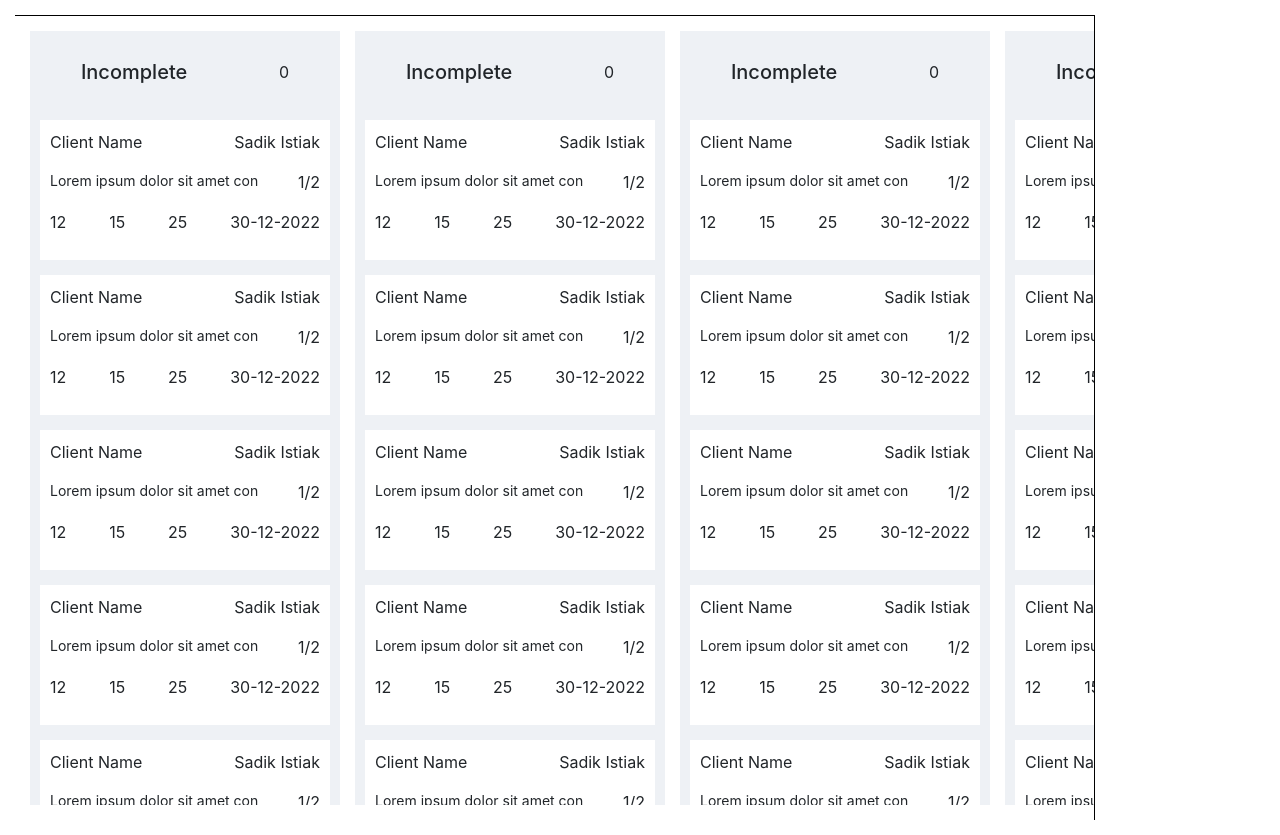
Repository: Sharif-00112/dashboard-task-frontend
Page: /
An editor plug-in stored every save of this project. The page is shown before and after the next save, followed by the edit.
The browser window is 1280 px wide. The pictures show the whole page.
The project was rebuilt for these pictures with package versions that can differ from the ones it lists, and the page was loaded fresh each time.

Above is the page before, as saved 2023-01-28 21:19:19.

After the next save:
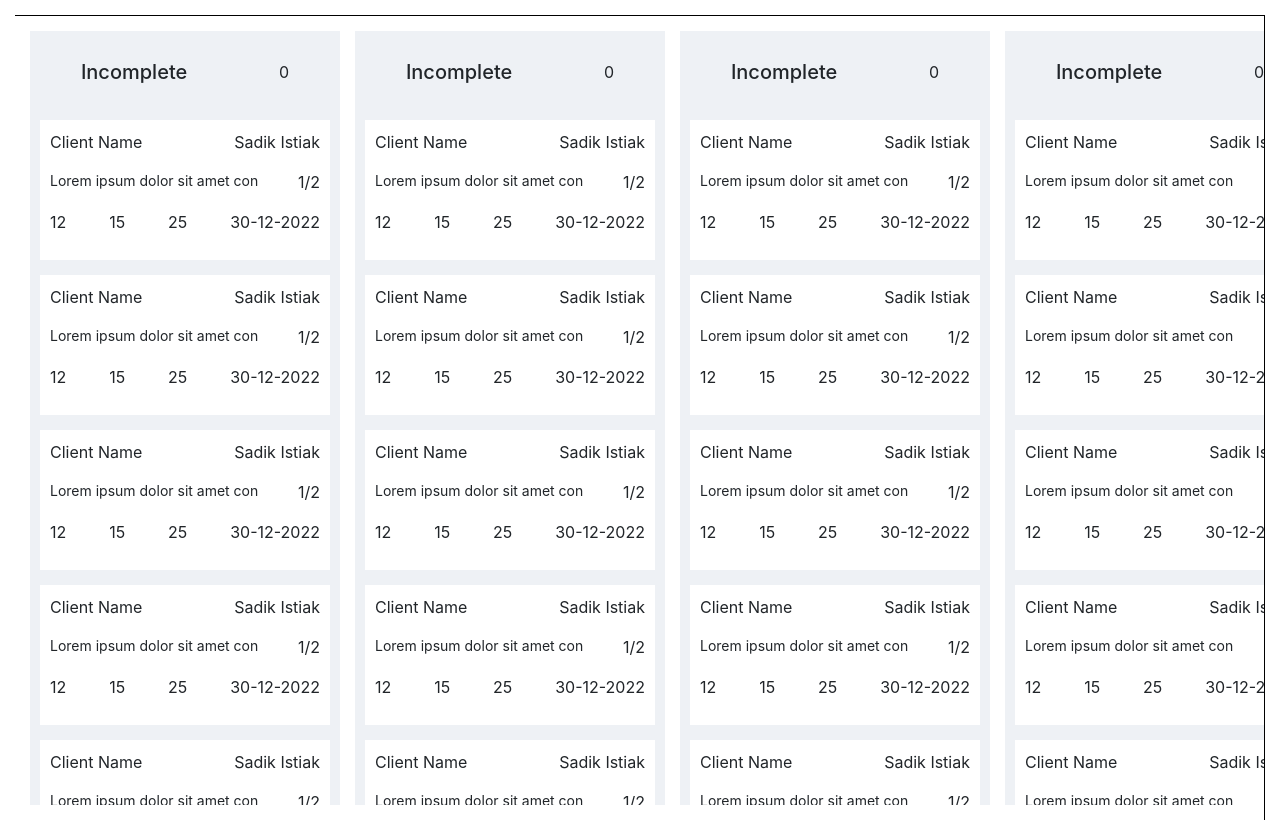
Saved 37 s later.
--- a/src/Components/styles.css
+++ b/src/Components/styles.css
@@ -35,5 +35,5 @@
     border-right: 1px solid black;
     padding: 15px;
     margin: 15px;
-    width: 1080px;
+    width: auto;
 }
